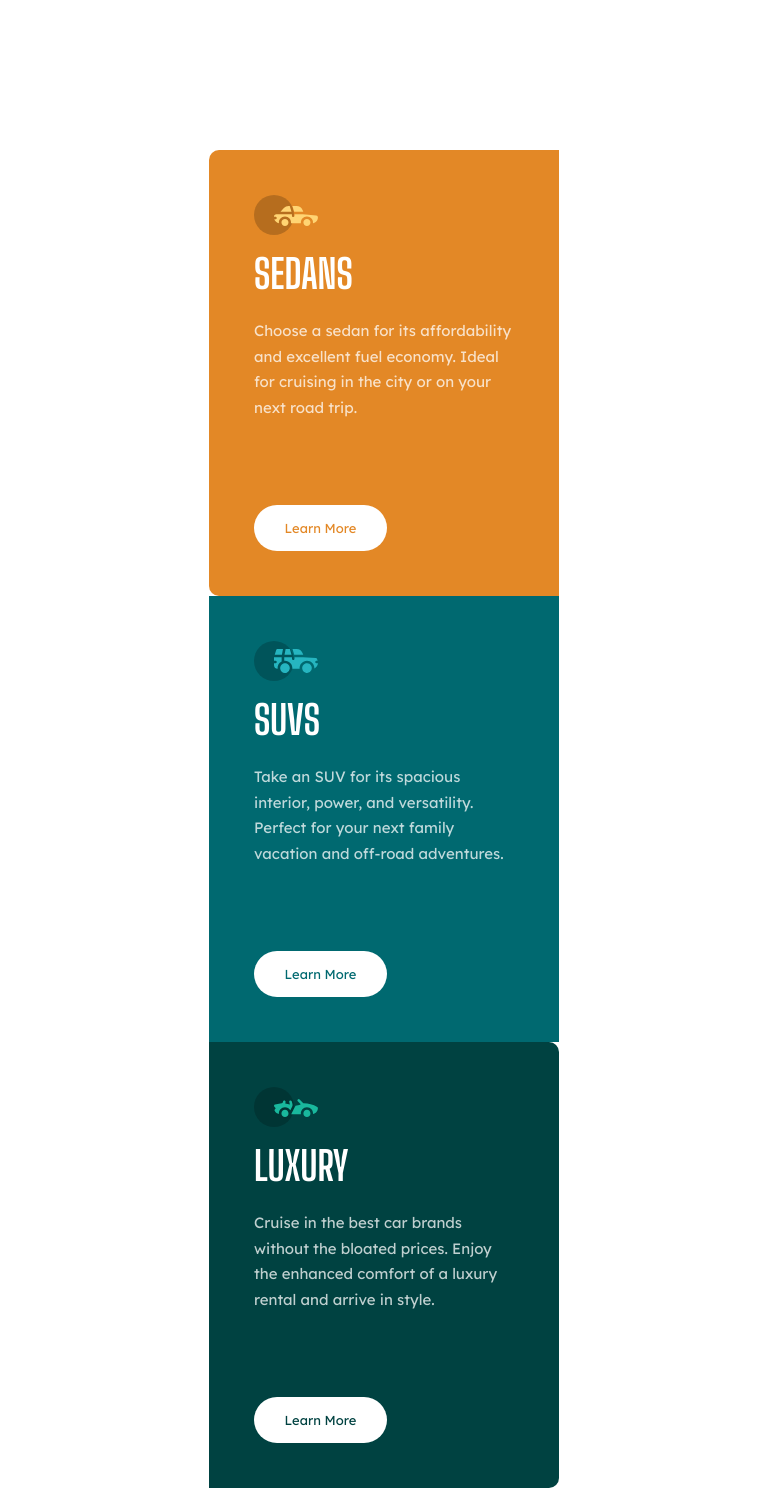
Repository: KamoliddinGIT/column-preview-card
Page: index.html
The author's editor kept a copy of each file at every save. The page is drawn from the files as they stood at one save, then again after the next save.
The browser window is 768 px wide. The pictures show the whole page.

Above is the page before, as saved 2023-09-15 17:12:29.

### index.html
<!DOCTYPE html>
<html lang="en">
  <head>
    <meta charset="UTF-8" />
    <meta name="viewport" content="width=device-width, initial-scale=1.0" />
    <link
      rel="icon"
      type="image/png"
      sizes="32x32"
      href="./images/favicon-32x32.png"
    />
    <link
      href="https://fonts.googleapis.com/css2?family=Lexend+Deca&display=swap"
      rel="stylesheet"
    />
    <link
      href="https://fonts.googleapis.com/css2?family=Big+Shoulders+Display:wght@400;700&display=swap"
      rel="stylesheet"
    />
    <link rel="stylesheet" href="./css/style.css" />
    <title>3-column preview card component</title>
  </head>
  <body>
    <div class="container">
      <div class="card card__1">
        <img src="./images/icon-sedans.svg" alt="sedans" />
        <h1>SEDANS</h1>
        <p>
          Choose a sedan for its affordability and excellent fuel economy. Ideal
          for cruising in the city or on your next road trip.
        </p>
        <a href="#">Learn More</a>
      </div>
      <div class="card card__2">
        <img src="./images/icon-suvs.svg" alt="suvs" />
        <h1>SUVS</h1>
        <p>
          Take an SUV for its spacious interior, power, and versatility. Perfect
          for your next family vacation and off-road adventures.
        </p>
        <a href="#">Learn More</a>
      </div>
      <div class="card card__3">
        <img src="./images/icon-luxury.svg" alt="icon-luxury" />
        <h1>LUXURY</h1>
        <p>
          Cruise in the best car brands without the bloated prices. Enjoy the
          enhanced comfort of a luxury rental and arrive in style.
        </p>
        <a href="#">Learn More</a>
      </div>
    </div>
  </body>
</html>

### css/style.css
* {
  margin: 0;
  padding: 0;
  box-sizing: border-box;
}

body {
  padding: 70px;
  display: flex;
  justify-content: center;
  align-items: center;
  width: 100%;
  height: 100vh;
}

.container {
  display: flex;
  flex-direction: row;
  border-radius: 10px;
  max-width: 900px;
  width: 900px;
  height: 500px;
  color: hsla(0, 0%, 100%, 0.75);
}

.card__1 {
  max-width: 400px;
  width: 350px;
  height: 100%;
  background-color: hsl(31, 77%, 52%);
  border-top-left-radius: 10px;
  border-bottom-left-radius: 10px;
  padding: 45px;
}

.card__2 {
  max-width: 400px;
  width: 350px;
  height: 100%;
  background-color: hsl(184, 100%, 22%);
  padding: 45px;
}

.card__3 {
  max-width: 400px;
  width: 350px;
  height: 100%;
  background-color: hsl(179, 100%, 13%);
  border-top-right-radius: 10px;
  border-bottom-right-radius: 10px;
  padding: 45px;
}

.card {
  padding: 45px;
  display: flex;
  flex-direction: column;
}

.card h1 {
  font-family: "Big Shoulders Display", cursive;
  color: #fff;
  text-transform: uppercase;
  margin-top: 15px;
  margin-bottom: 20px;
  font-size: 40px;
}

.card img {
  width: 64px;
  height: 40px;
}

.card p {
  font-family: "Lexend Deca", sans-serif;
  margin: 0 0 50px;
  font-size: 15px;
  line-height: 1.7;
}

.card__1 a {
  display: flex;
  justify-content: center;
  align-items: center;
  font-size: 13px;
  width: 133px;
  text-decoration: none;
  font-family: "Lexend Deca", sans-serif;
  color: hsl(31, 77%, 52%);
  background: #fff;
  margin-top: 35px;
  border-radius: 50px;
  padding: 15px 10px;
}

.card__1 a:hover {
  font-size: 13px;
  display: flex;
  justify-content: center;
  align-items: center;
  border: 2px solid #fff;
  cursor: pointer;
  transition: 0.3s ease;
  background: hsl(31, 77%, 52%);
  font-family: "Lexend Deca", sans-serif;
  color: #fff;
}

.card__2 a {
  display: flex;
  justify-content: center;
  align-items: center;
  font-size: 13px;
  width: 133px;
  text-decoration: none;
  font-family: "Lexend Deca", sans-serif;
  color: hsl(184, 100%, 22%);
  background: #fff;
  margin-top: 35px;
  border-radius: 50px;
  padding: 15px 10px;
}

.card__2 a:hover {
  font-size: 13px;
  display: flex;
  justify-content: center;
  align-items: center;
  border: 2px solid #fff;
  cursor: pointer;
  transition: 0.3s ease;
  background: hsl(184, 100%, 22%);
  font-family: "Lexend Deca", sans-serif;
  color: #fff;
}

.card__3 a {
  display: flex;
  justify-content: center;
  align-items: center;
  font-size: 13px;
  width: 133px;
  text-decoration: none;
  font-family: "Lexend Deca", sans-serif;
  color: hsl(179, 100%, 13%);
  background: #fff;
  margin-top: 35px;
  border-radius: 50px;
  padding: 15px 10px;
}

.card__3 a:hover {
  font-size: 13px;
  display: flex;
  justify-content: center;
  align-items: center;
  border: 2px solid #fff;
  cursor: pointer;
  transition: 0.3s ease;
  background: hsl(179, 100%, 13%);
  font-family: "Lexend Deca", sans-serif;
  color: #fff;
}

/* media-css */

@media only screen and (max-width: 950px) {
  body {
    padding: 50px;
  }
  .container {
    max-width: 950px;
    width: 100%;
  }
}

@media only screen and (max-width: 800px) {
  body {
    padding: 20px;
  }
  .container {
    margin-top: 0;
    align-items: center;
    flex-direction: column;
  }
}

@media only screen and (max-width: 400px) {
  body {
    padding: 30px;
  }
  .container {
    margin-top: -50px;
    max-width: 400px;
    width: 100%;
    margin-bottom: 40px;
  }
  .card {
    padding: 35px;
    width: 100%;
  }
  .card__1 {
    border-top-right-radius: 10px;
    border-top-left-radius: 10px;
    border-bottom-left-radius: 0;
  }
  .card__3 {
    padding-bottom: 25px;
    border-top-right-radius: 0;
    border-bottom-right-radius: 10px;
    border-bottom-left-radius: 10px;
  }
}

After the next save:
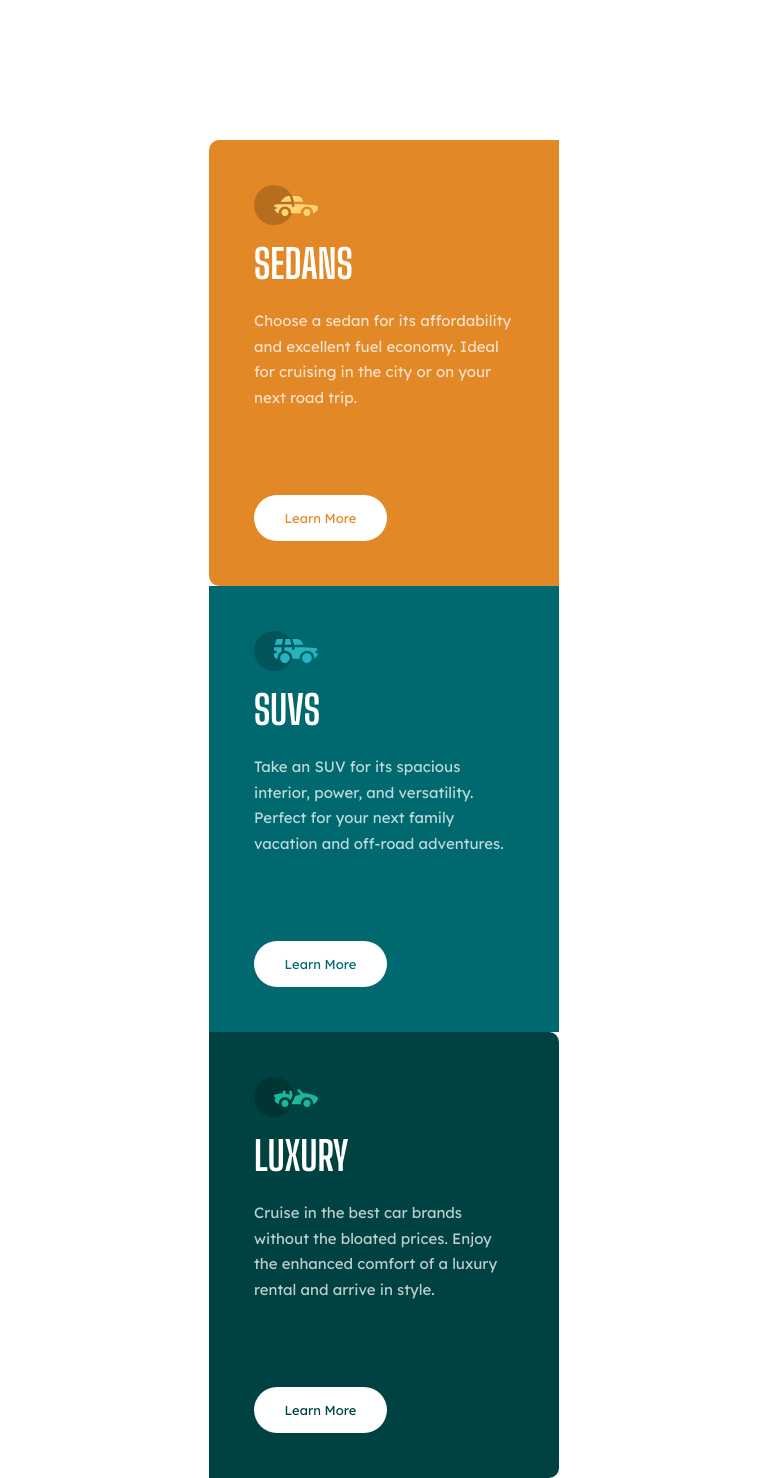
Saved 7 s later.
--- a/css/style.css
+++ b/css/style.css
@@ -179,7 +179,7 @@
     padding: 20px;
   }
   .container {
-    margin-top: 0;
+    margin-top: -20px;
     align-items: center;
     flex-direction: column;
   }

After the save that followed:
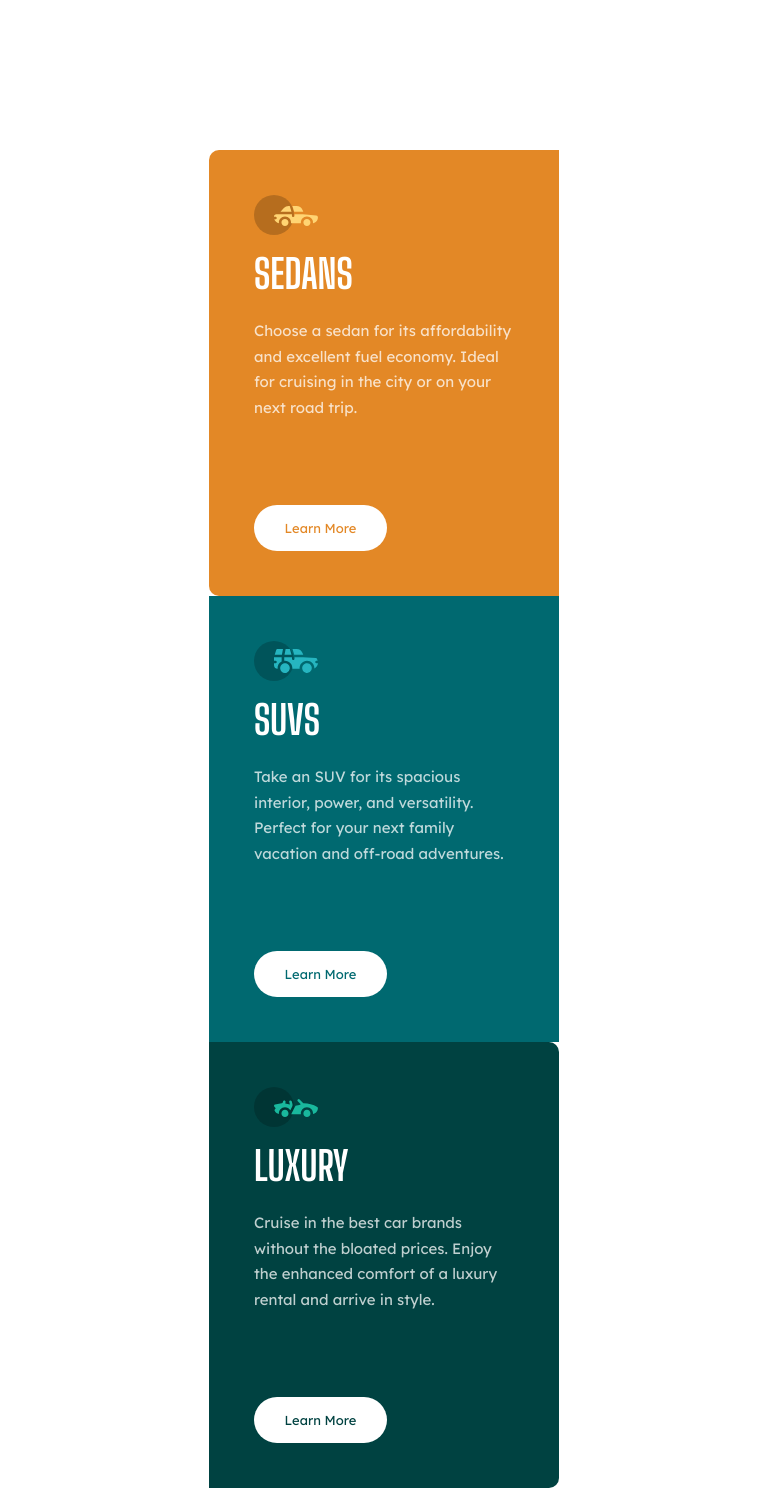
Saved 15 s later.
--- a/css/style.css
+++ b/css/style.css
@@ -179,7 +179,6 @@
     padding: 20px;
   }
   .container {
-    margin-top: -20px;
     align-items: center;
     flex-direction: column;
   }
